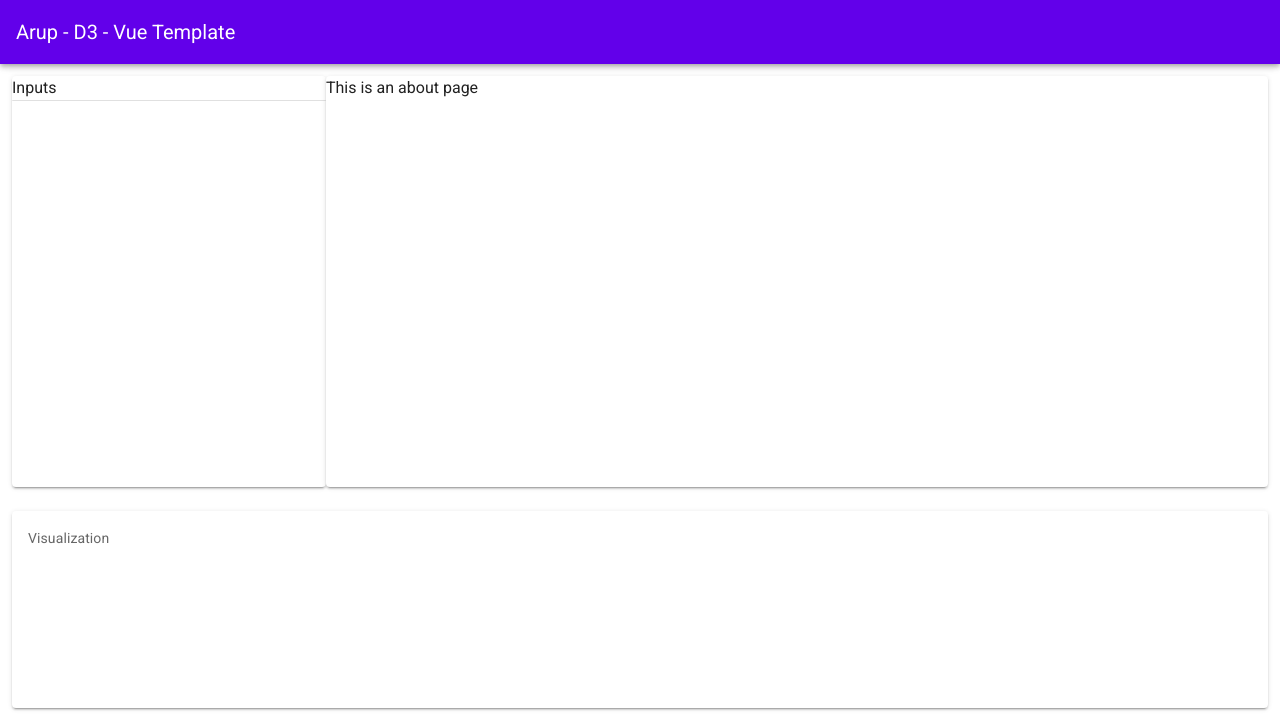
Repository: NathanielPerkins/Vue-d3-esri-template
Page: /about
The author's editor kept a copy of each file at every save. The page is drawn from the files as they stood at one save, then again after the next save.
The browser window is 1280 px wide. The pictures show the whole page.
The project was rebuilt for these pictures with package versions that can differ from the ones it lists, and the page was loaded fresh each time. Also part of the build but not shown: vue.config.js, src/components/Webmap.vue.

Above is the page before, as saved 2020-04-17 15:35:30.

### src/App.vue
<template>
  <v-app>
    <div>
    <v-app-bar
      app
      color="deep-purple accent-4"
      dark
    >
    <v-toolbar-title>Arup - D3 - Vue Template</v-toolbar-title>
    </v-app-bar>
  </div>
    <v-content class='fill-height'>
      <v-container fluid class='fill-height ma-0'>
        <v-row dense no-gutters class='top-row'>
          <v-col cols='3'>
            <Input class='fill-height' />
          </v-col>
          <v-col cols='9'>
            <v-card class="fill-height">
              <router-view class='fill-height'></router-view>
            </v-card>
          </v-col>
        </v-row>
        <v-row class='bottom-row'>
          <v-col cols='12'>
            <v-card class="fill-height">
              <v-card-text>
                <div>Visualization</div>
              </v-card-text>
            </v-card>
            <!-- test -->
          </v-col>
        </v-row>
      </v-container>
      <!-- <router-view></router-view> -->
    </v-content>
  </v-app>
</template>

<script>
import Input from './components/Input.vue'

export default {
  name: 'App',

  components: {
    Input
  },

  data: () => ({
    //
  }),
};
</script>
<style>
html,body {
  margin: 0;
  padding: 0;
  height: 100%;
  width: 100%;
}
#app {
  display: flex;
  flex-direction: column;
  padding: 0;
  margin: 0;
  width: 100%;
  height: 100%;
}
.flexcard {
  display: flex;
  flex-direction: row;
  height: 100%;
}
.top-row {
  height: 65%
}
.bottom-row {
  height: 35%
}
.flexcard .v-toolbar {
  flex: 0;
}
</style>

### src/components/Input.vue
<template>
  <v-card class='fill-height'>
    <div>Inputs</div>
    <v-divider></v-divider>
  </v-card>
</template>

<script>

export default {

};

</script>

<style scoped>

</style>

### src/views/Home.vue
<template>
  <div id="app">
    <web-map />
  </div>
</template>

<script>
// @ is an alias to /src
import WebMap  from '@/components/Webmap.vue'

export default {
  name: 'Home',
  components: {
    WebMap
  }
}
</script>

<style>
html,body {
  margin: 0;
  padding: 0;
  height: 100%;
  width: 100%;
}
#app {
  display: flex;
  flex-direction: column;
  padding: 0;
  margin: 0;
  width: 100%;
  height: 100%;
}
</style>

### src/views/About.vue
<template>
  <div>
    This is an about page
  </div>
</template>

Loaded but not shown: public/index.html (common file); src/main.js (common file); src/router/index.js (common file); src/store/index.js (common file); src/plugins/vuetify.js (common file)

After the next save:
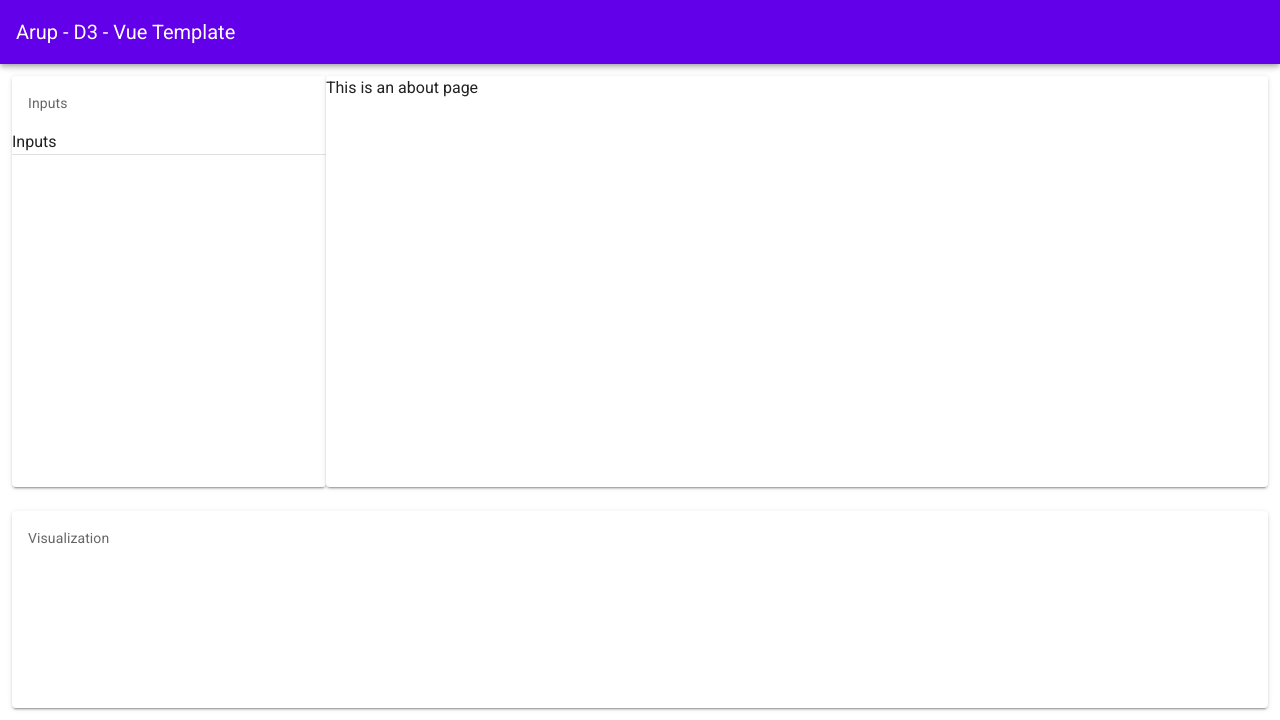
Saved 2 min 25 s later.
--- a/src/components/Input.vue
+++ b/src/components/Input.vue
@@ -1,5 +1,6 @@
 <template>
   <v-card class='fill-height'>
+    <v-card-text>Inputs</v-card-text>
     <div>Inputs</div>
     <v-divider></v-divider>
   </v-card>
